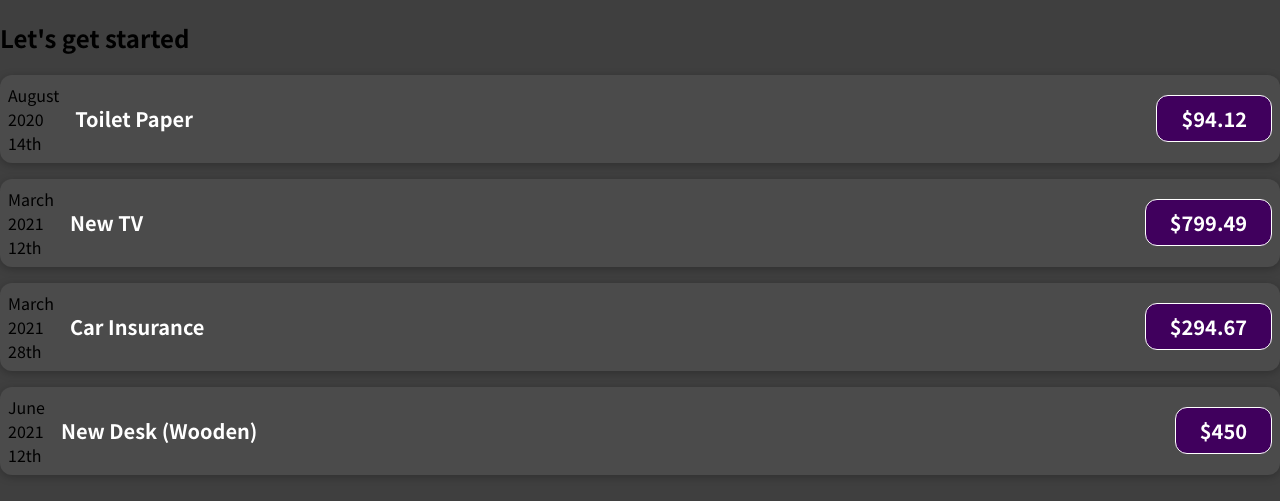
Repository: runner855/expense-tracker
Page: /
The author's editor kept a copy of each file at every save. The page is drawn from the files as they stood at one save, then again after a run of saves.
The browser window is 1280 px wide. The pictures show the whole page.
The project was rebuilt for these pictures with package versions that can differ from the ones it lists, and the page was loaded fresh each time.

Above is the page before, as saved 2022-09-02 15:29:47.

After the next 6 saves:
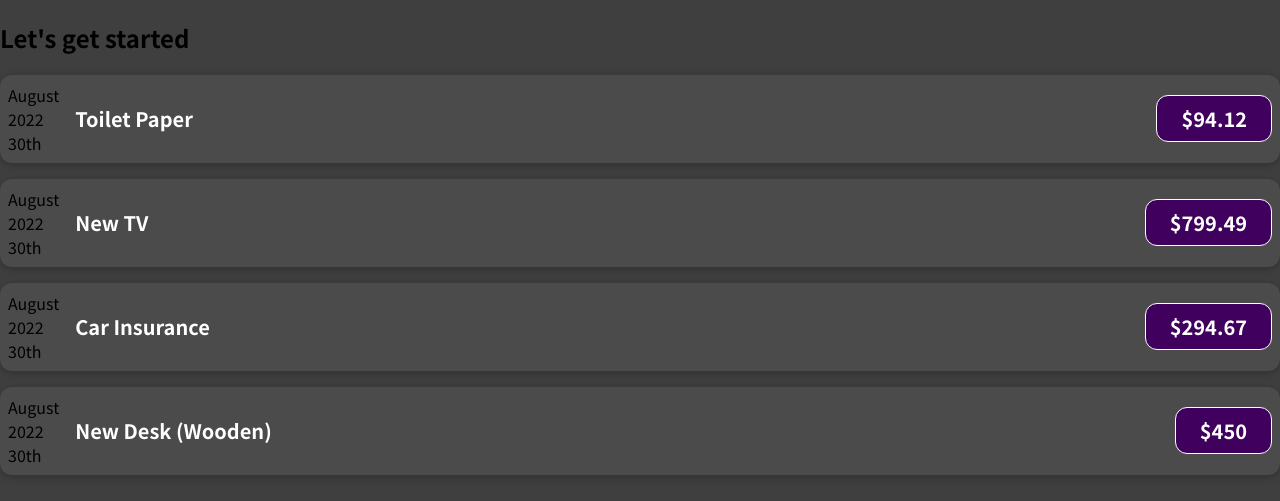
The 6 saves are shown as one change because 5 did not build or start.
The last was saved 3 min 29 s later.
--- a/src/components/ExpenseItem.js
+++ b/src/components/ExpenseItem.js
@@ -1,26 +1,17 @@
 import React from 'react';
 import '../styles/ExpenseItem.css'
 import ExpenseDate from './ExpenseDate';
-import moment from 'moment';
 
 
 const ExpenseItem = (props) => {
 
   const { date, title, amount } = props;
-  const month = moment(date).format(' MMMM')
-  const year = moment(date).format(" YYYY ")
-  const day = moment(date).format('Do')
+
 
 
   return (
     <div className='expense-item'>
-      <div>
-        <div>{month}</div>
-        <div>{year}</div>
-        <div>{day}</div>
-
-
-      </div>
+      <ExpenseDate />
       <div className='expense-item__description'>
         <h2>{`${title}`}</h2>
         <div className='expense-item__price'>
--- a/src/components/ExpenseDate.js
+++ b/src/components/ExpenseDate.js
@@ -1,10 +1,12 @@
 import React from 'react';
+import moment from 'moment';
+
 
 
 const ExpenseDate = (props) => {
-  const month = moment(date).format(' MMMM');
-  const year = moment(date).format(" YYYY ");
-  const day = moment(date).format('Do');
+  const month = moment(props.date).format(' MMMM');
+  const year = moment(props.date).format(" YYYY ");
+  const day = moment(props.date).format('Do');
 
 
   return (
